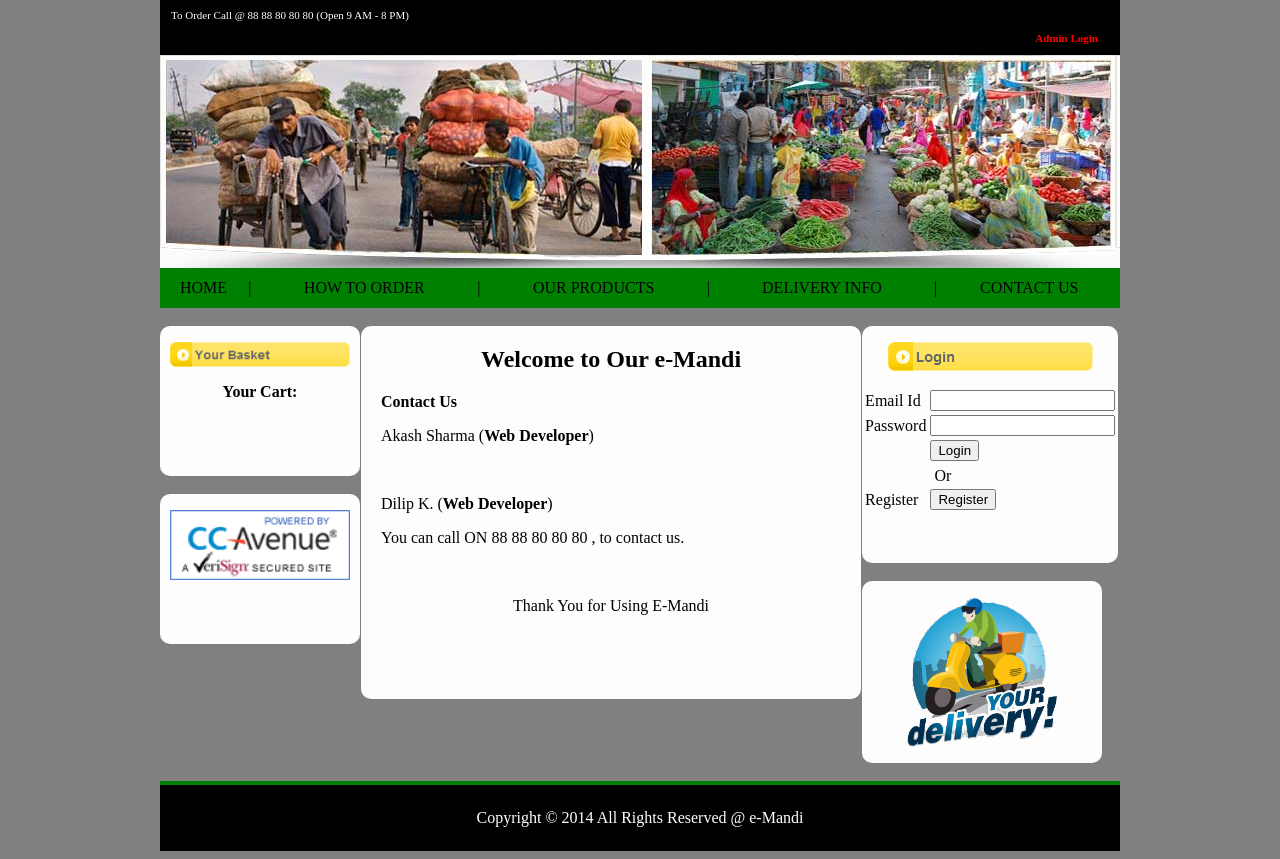
Repository: aashi12/e_mandi
Page: http://localhost/e_mandi/contactUs.jsp
These files come from the project's save history. The page is drawn as it stood at one moment and after the next save; the edit follows.
The browser window is 1280 px wide. The pictures show the whole page.
The page is served by Tomcat 9.

Above is the page before, as saved 2014-04-18 12:32:18.

After the next save:
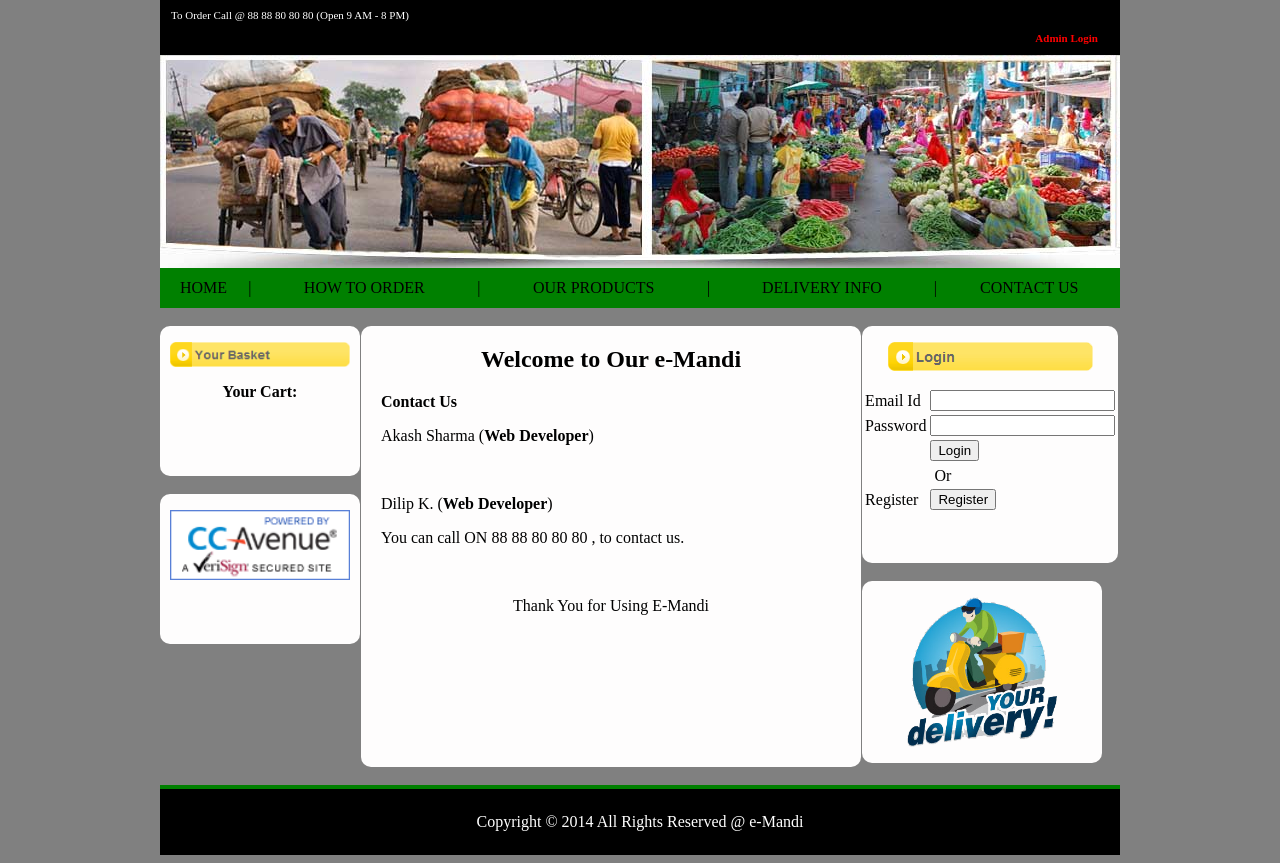
Saved 17 s later.
--- a/e_mandi/WebContent/contactUs.jsp
+++ b/e_mandi/WebContent/contactUs.jsp
@@ -73,6 +73,8 @@
 <center><p> Thank You for Using E-Mandi</p></center>
 <p>&nbsp;</p>
 <p>&nbsp;</p>
+<p>&nbsp;</p>
+<p>&nbsp;</p>
 </div>
 </td>
 </tr>
